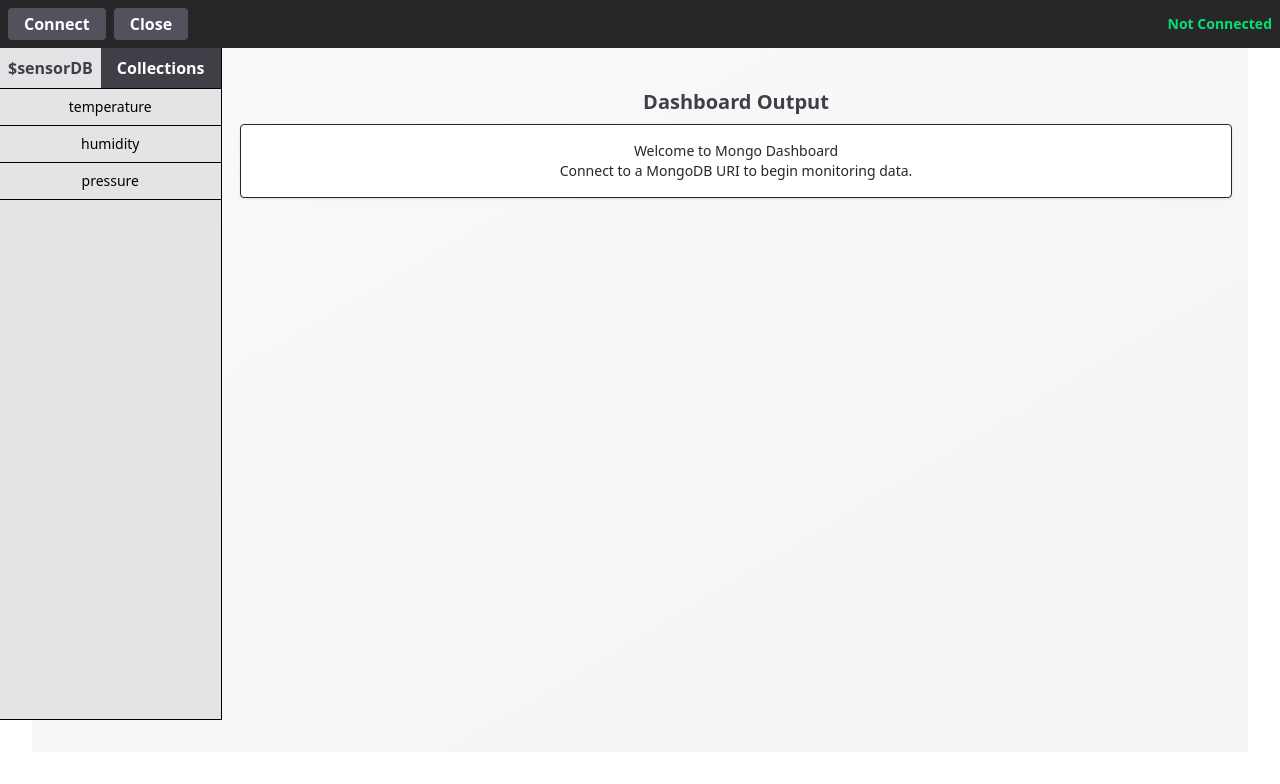
Repository: aryan151pratap/Dashboard
Page: / (app in frontened/), after clicking the first element matching `li.hover\:underline`
An editor plug-in stored every save of this project. The page is shown before and after the next save, followed by the edit.
The browser window is 1280 px wide. The pictures show the whole page.
The project was rebuilt for these pictures with package versions that can differ from the ones it lists, and the page was loaded fresh each time. Also part of the build but not shown: frontened/vite.config.js, frontened/src/component/connect.jsx.

Above is the page before, as saved 2025-06-24 14:34:49.

After the next save:
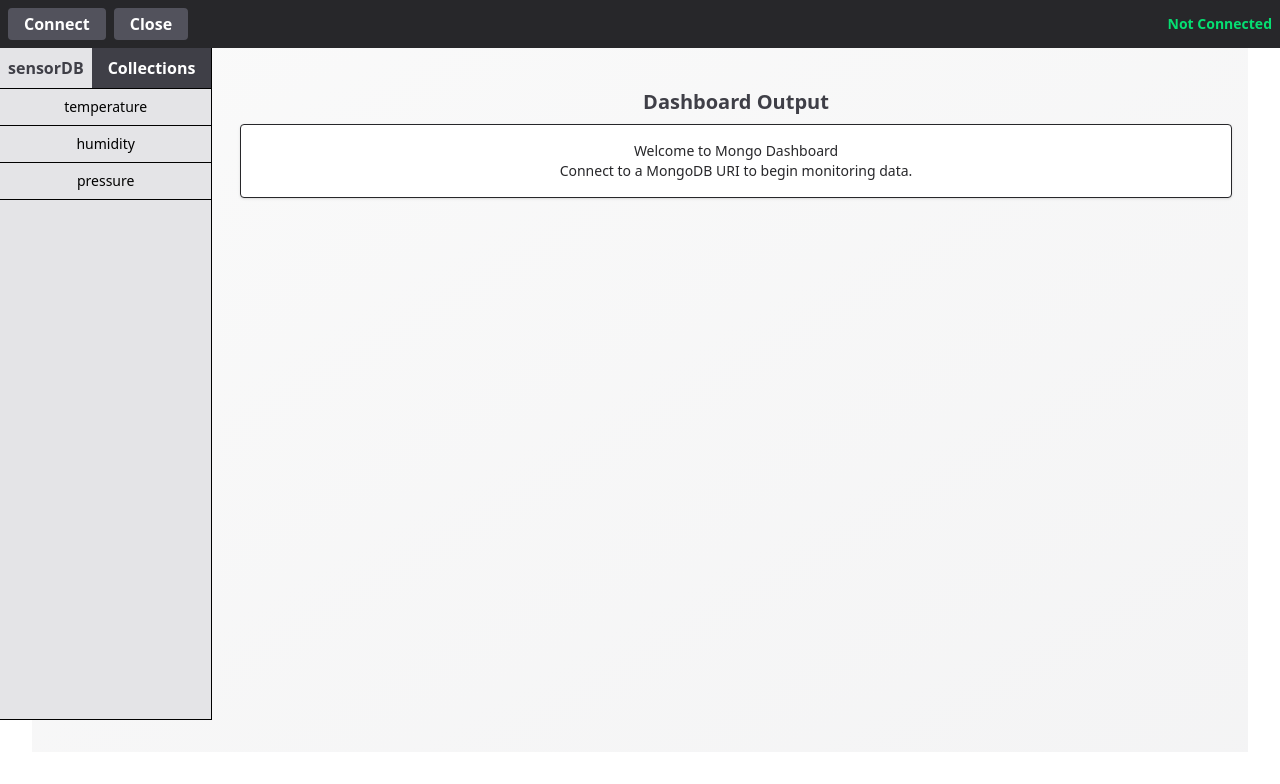
Saved 4 s later.
--- a/frontened/src/component/left_bar.jsx
+++ b/frontened/src/component/left_bar.jsx
@@ -16,7 +16,7 @@ function Left_bar(){
 				onClick={() => setCurrent_database(null)}
 				>
 					{current_database ?
-					<span>${current_database.name}</span>
+					<span>{current_database.name}</span>
 					:
 					<span>Databases</span>
 					}
